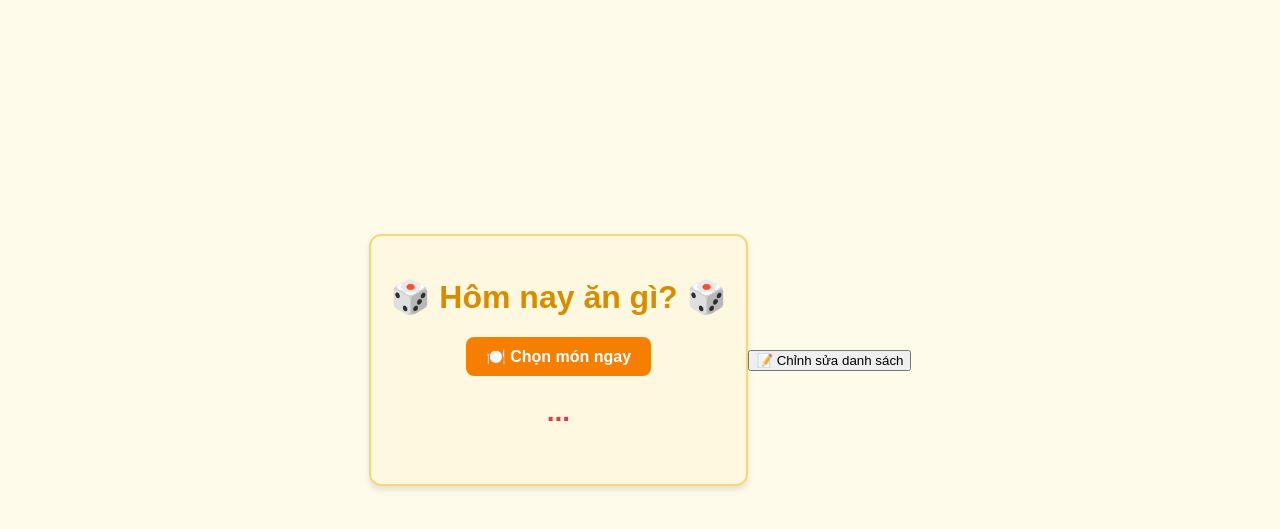
Repository: NT912/What-s-food-today-
Page: index.html
An editor plug-in stored every save of this project. The page is shown before and after the next save, followed by the edit.
The browser window is 1280 px wide. The pictures show the whole page.

Above is the page before, as saved 2024-12-17 20:58:15.
Console error: ReferenceError: renderList is not defined

After the next save:
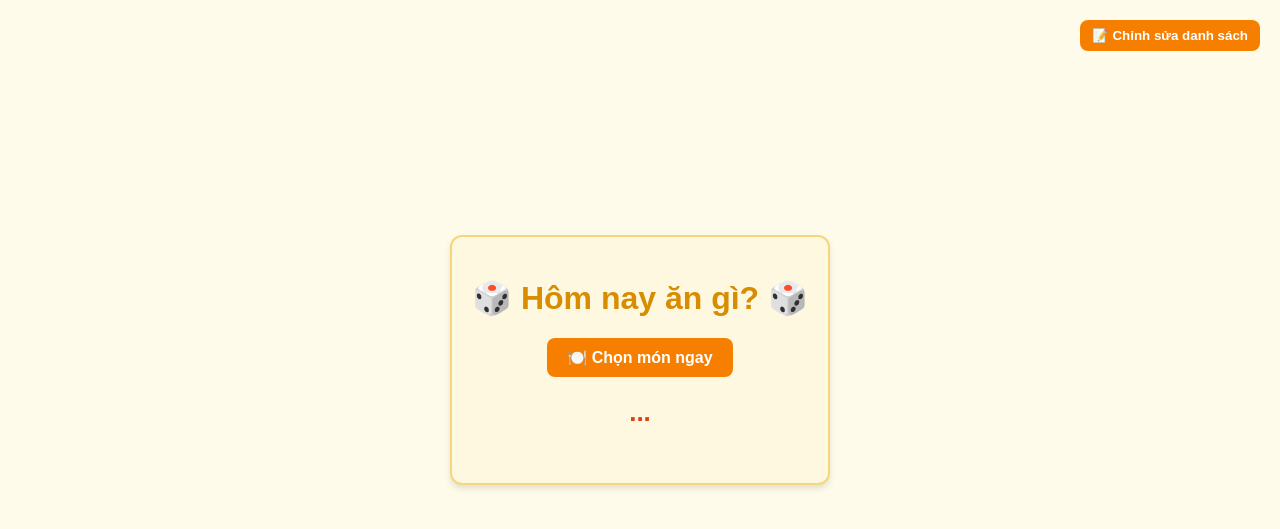
Saved 42 s later.
--- a/style.css
+++ b/style.css
@@ -43,49 +43,31 @@ h1 {
 
 #randomFood {
   margin-top: 20px;
-  font-size: 28px;
+  font-size: 26px;
+  color: #d84315; /* Cam đậm */
   font-weight: bold;
   height: 40px;
-  color: #e63946; /* Cam đậm */
-  transition: color 0.3s ease-in-out;
 }
 
-/* Hiệu ứng zoom-in/zoom-out trong lúc random */
-.random-zoom {
-  animation: zoomEffect 0.2s infinite alternate;
+/* Edit Button */
+.edit-btn {
+  position: absolute;
+  top: 20px;
+  right: 20px;
+  background: #f77f00;
+  color: white;
+  padding: 8px 12px;
+  border: none;
+  border-radius: 8px;
+  cursor: pointer;
+  font-weight: bold;
 }
 
-@keyframes zoomEffect {
-  from {
-    transform: scale(1);
-  }
-  to {
-    transform: scale(1.2);
-  }
+.edit-btn:hover {
+  background: #e76f00;
 }
 
-/* Hiệu ứng rung khi có kết quả */
-.shake {
-  animation: shakeEffect 0.5s ease;
-}
-
-@keyframes shakeEffect {
-  0%,
-  100% {
-    transform: translateX(0);
-  }
-  25% {
-    transform: translateX(-5px);
-  }
-  50% {
-    transform: translateX(5px);
-  }
-  75% {
-    transform: translateX(-5px);
-  }
-}
-
-/* Popup chúc mừng */
+/* Popup chung */
 .popup {
   display: none;
   position: fixed;
@@ -99,6 +81,29 @@ h1 {
   z-index: 1000;
 }
 
+.popup-content {
+  background: #fff8e1; /* Vàng nhạt */
+  padding: 30px;
+  border-radius: 12px;
+  width: 400px;
+  max-height: 80%;
+  overflow-y: auto;
+  position: relative;
+  text-align: center;
+  border: 2px solid #f5d77a;
+  box-shadow: 0 4px 8px rgba(0, 0, 0, 0.2);
+}
+
+.close-btn {
+  position: absolute;
+  top: 10px;
+  right: 10px;
+  font-size: 20px;
+  color: #d84315;
+  cursor: pointer;
+}
+
+/* Popup chúc mừng */
 .result-content {
   background: #fff8e1;
   padding: 30px;
@@ -107,7 +112,7 @@ h1 {
   box-shadow: 0 8px 16px rgba(0, 0, 0, 0.3);
   animation: popupEffect 0.5s ease-out;
   font-size: 28px;
-  color: #e63946;
+  color: #d84315;
   font-weight: bold;
 }
 
@@ -121,3 +126,26 @@ h1 {
     opacity: 1;
   }
 }
+
+/* Danh sách món ăn */
+ul {
+  list-style: none;
+  padding: 0;
+}
+
+li {
+  background: #fff5cc;
+  margin: 5px 0;
+  padding: 8px 12px;
+  display: flex;
+  justify-content: space-between;
+  border-radius: 8px;
+  border: 1px solid #f5d77a;
+}
+
+.controls input {
+  padding: 8px;
+  border: 1px solid #ccc;
+  border-radius: 8px;
+  margin-right: 5px;
+}
